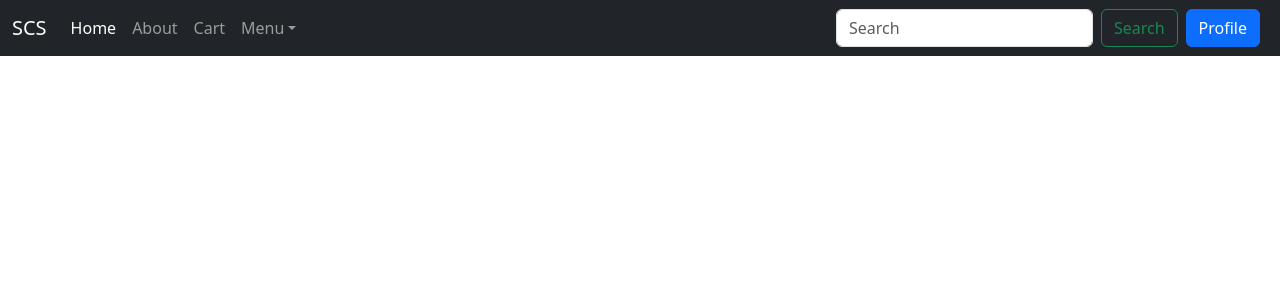
Repository: gitYash03/smart-canteen-system
Page: /
These files come from the project's save history. The page is drawn as it stood at one moment and after the next save; the edit follows.
The browser window is 1280 px wide. The pictures show the whole page.
The project was rebuilt for these pictures with package versions that can differ from the ones it lists, and the page was loaded fresh each time. Also part of the build but not shown: src/App.css.

Above is the page before, as saved 2023-08-09 12:54:22.

### public/index.html
<!DOCTYPE html>
<html lang="en">
  <head>
    <meta charset="utf-8" />
    <link rel="icon" href="%PUBLIC_URL%/favicon.ico" />
    <meta name="viewport" content="width=device-width, initial-scale=1" />
    <meta name="theme-color" content="#000000" />
    <meta
      name="description"
      content="Web site created using create-react-app"
    />
    <link rel="apple-touch-icon" href="%PUBLIC_URL%/logo192.png" />
    <!--
      manifest.json provides metadata used when your web app is installed on a
      user's mobile device or desktop. See https://developers.google.com/web/fundamentals/web-app-manifest/
    -->
    <link rel="manifest" href="%PUBLIC_URL%/manifest.json" />
    <!--
      Notice the use of %PUBLIC_URL% in the tags above.
      It will be replaced with the URL of the `public` folder during the build.
      Only files inside the `public` folder can be referenced from the HTML.

      Unlike "/favicon.ico" or "favicon.ico", "%PUBLIC_URL%/favicon.ico" will
      work correctly both with client-side routing and a non-root public URL.
      Learn how to configure a non-root public URL by running `npm run build`.
    -->
    <title>React App</title>
    <link href="https://cdn.jsdelivr.net/npm/bootstrap@5.3.1/dist/css/bootstrap.min.css" rel="stylesheet" integrity="sha384-4bw+/aepP/YC94hEpVNVgiZdgIC5+VKNBQNGCHeKRQN+PtmoHDEXuppvnDJzQIu9" crossorigin="anonymous">
   </head>
  <script src="https://cdn.jsdelivr.net/npm/bootstrap@5.3.1/dist/js/bootstrap.bundle.min.js" integrity="sha384-HwwvtgBNo3bZJJLYd8oVXjrBZt8cqVSpeBNS5n7C8IVInixGAoxmnlMuBnhbgrkm" crossorigin="anonymous"></script>
  <body>
    <noscript>You need to enable JavaScript to run this app.</noscript>
    <div id="root"></div>
    <!--
      This HTML file is a template.
      If you open it directly in the browser, you will see an empty page.

      You can add webfonts, meta tags, or analytics to this file.
      The build step will place the bundled scripts into the <body> tag.

      To begin the development, run `npm start` or `yarn start`.
      To create a production bundle, use `npm run build` or `yarn build`.
    -->
  </body>
</html>

### src/App.js
import './App.css';
import Navbar from './Components/Navbar';

function App() {
  return (
    <>
    <Navbar></Navbar>

    </>
  );
}

export default App;

### src/Components/Navbar.js
import React from 'react'

export default function Navbar() {
  return (
    <>
    <nav className="navbar navbar-expand-lg navbar-dark bg-dark ">
        <div className="container-fluid">
            <a className="navbar-brand" href="/">SCS</a>
            <button className="navbar-toggler" type="button" data-bs-toggle="collapse" data-bs-target="/navbarSupportedContent" aria-controls="navbarSupportedContent" aria-expanded="false" aria-label="Toggle navigation">
            <span className="navbar-toggler-icon"></span>
            </button>
            <div className="collapse navbar-collapse" id="navbarSupportedContent">
            <ul className="navbar-nav me-auto mb-2 mb-lg-0">
                <li className="nav-item">
                <a className="nav-link active" aria-current="page" href="/">Home</a>
                </li>
                <li className="nav-item">
                <a className="nav-link" href="/">About</a>
                </li>
                <li className="nav-item">
                <a className="nav-link" href="/">Cart</a>
                </li>
                <li className="nav-item dropdown">
                <a className="nav-link dropdown-toggle" href="/" role="button" data-bs-toggle="dropdown" aria-expanded="false">
                    Menu
                </a>
                <ul className="dropdown-menu">
                    <li><a className="dropdown-item" href="/">Action</a></li>
                    <li><a className="dropdown-item" href="/">Another action</a></li>
                    <li><a className="dropdown-item" href="/">Something else here</a></li>
                </ul>
                </li>
            </ul>
            <form className="d-flex" role="search">
                <input className="form-control me-2" type="search" placeholder="Search" aria-label="Search"/>
                <button className="btn btn-outline-success" type="submit">Search</button>
            </form>
            <button type="button" className="btn btn-primary position-relative  mx-2">
            Profile
            </button>
            </div>
        </div>
    </nav>
    </>
  )
}

Loaded but not shown: src/index.js (common file); src/reportWebVitals.js (common file); src/index.css (no stored copy; drawn as an empty file)

After the next save:
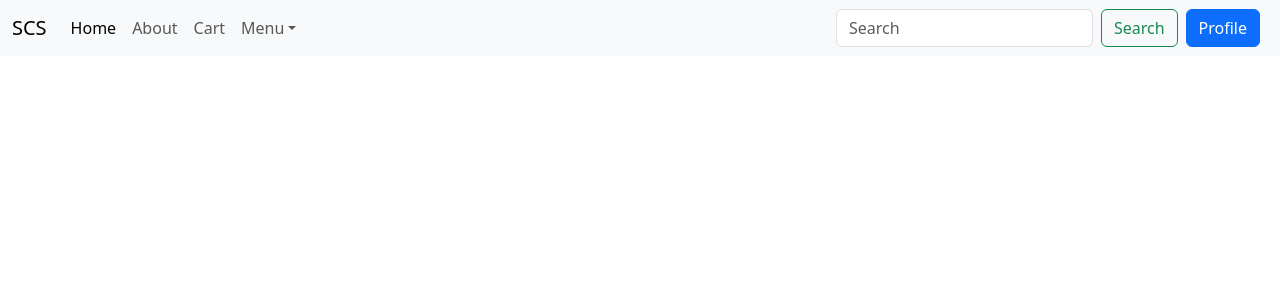
Saved 21 s later.
--- a/src/Components/Navbar.js
+++ b/src/Components/Navbar.js
@@ -3,7 +3,7 @@
 export default function Navbar() {
   return (
     <>
-    <nav className="navbar navbar-expand-lg navbar-dark bg-dark ">
+    <nav className="navbar navbar-expand-lg navbar-light bg-light ">
         <div className="container-fluid">
             <a className="navbar-brand" href="/">SCS</a>
             <button className="navbar-toggler" type="button" data-bs-toggle="collapse" data-bs-target="/navbarSupportedContent" aria-controls="navbarSupportedContent" aria-expanded="false" aria-label="Toggle navigation">
